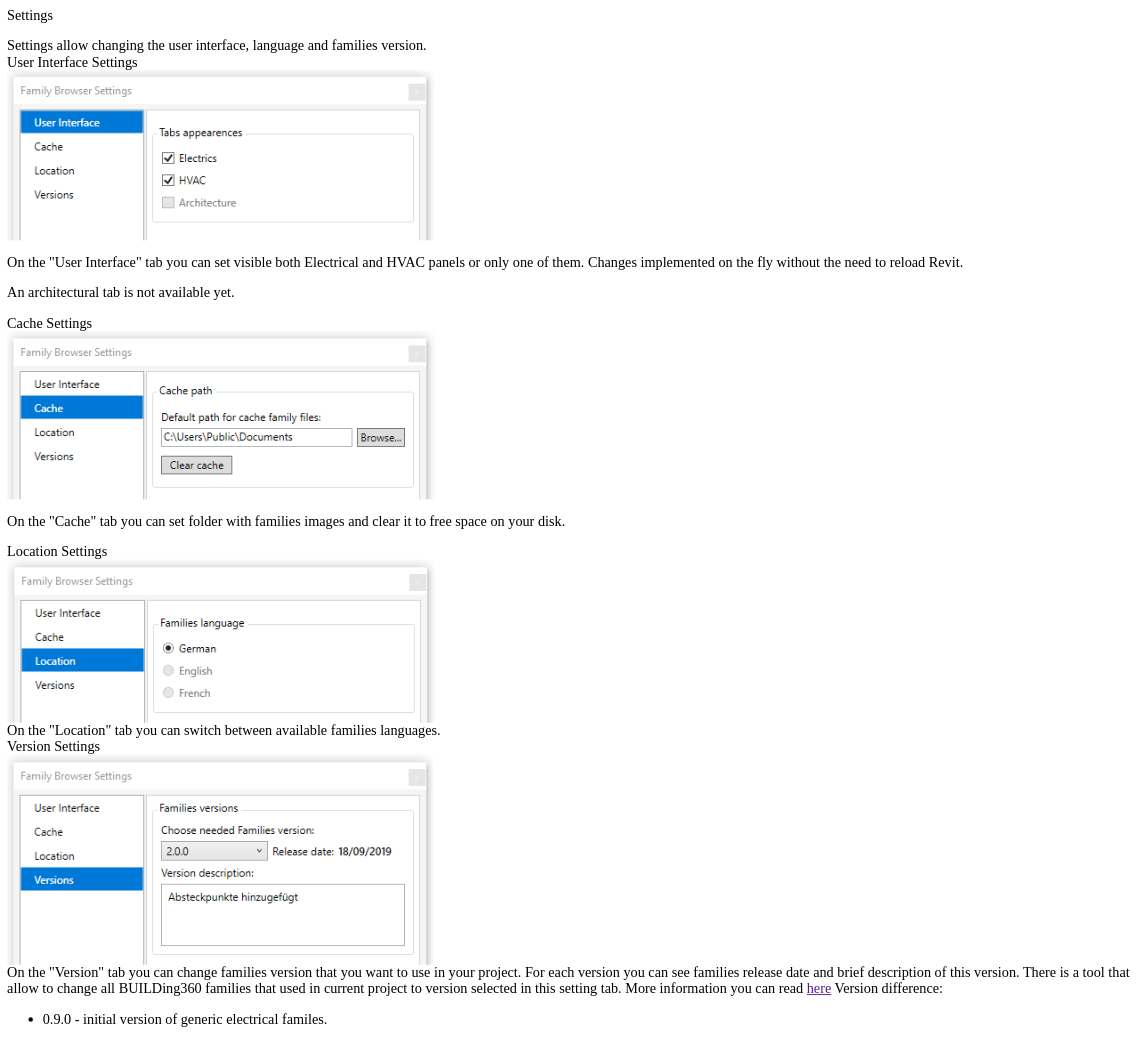
Repository: RomanLavrov/FamilyBrowserUserGuide
Page: http://localhost/FamilyBrowser/application/views/en/settings_view.php
An editor plug-in stored every save of this project. The page is shown before and after the next save, followed by the edit.
The browser window is 1280 px wide. The pictures show the whole page, at 89% of full size.
The page is run by PHP 8.4 with error messages shown; the project is at /var/www/html/.

Above is the page before, as saved 2019-10-23 16:15:04.

After the next save:
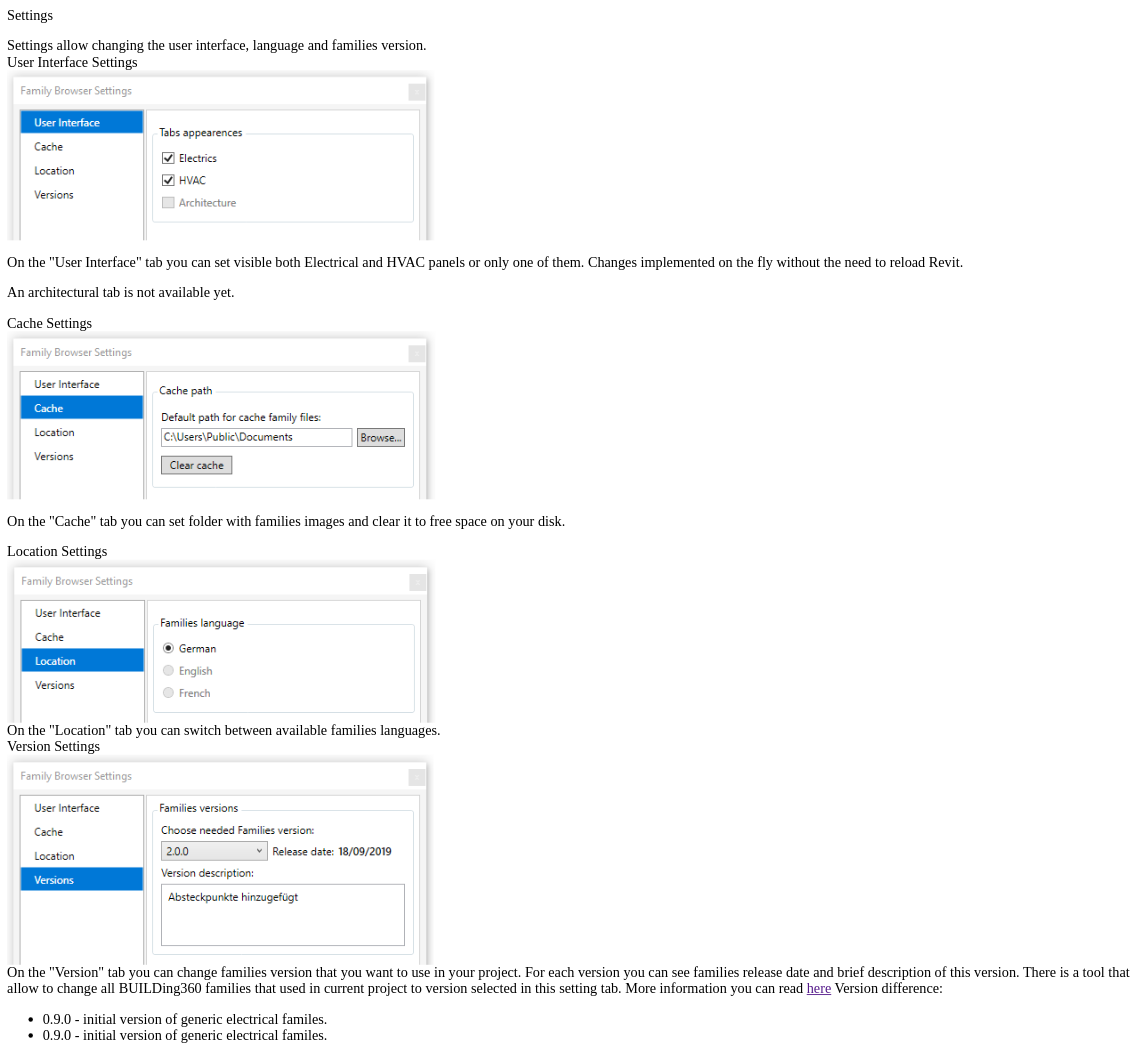
Saved 4 s later.
--- a/FamilyBrowser/application/views/en/settings_view.php
+++ b/FamilyBrowser/application/views/en/settings_view.php
@@ -65,6 +65,7 @@
                   Version difference:
                   <ul>
                         <li>0.9.0 - initial version of generic electrical familes.</li>
+                        <li>0.9.0 - initial version of generic electrical familes.</li>
                   </ul>
             </div>
       </div>
